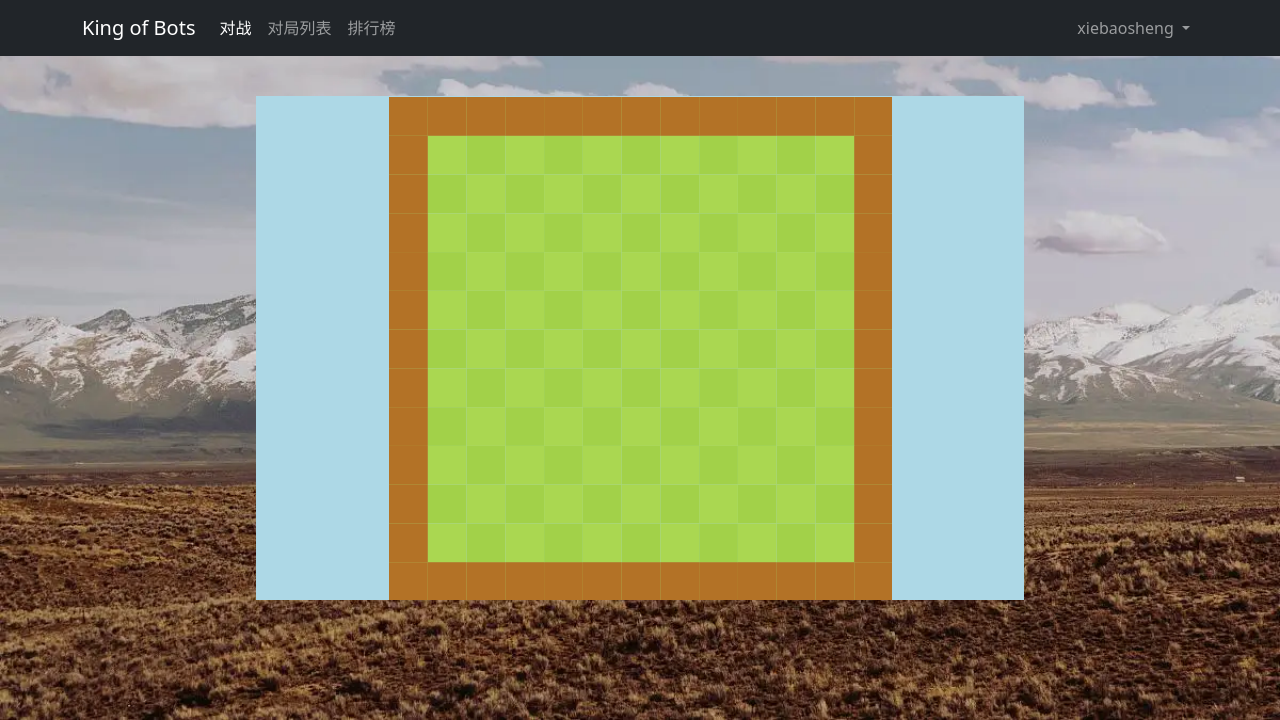
Repository: XieBaosheng/kob
Page: / (app in web/)
The author's editor kept a copy of each file at every save. The page is drawn from the files as they stood at one save, then again after the next save.
The browser window is 1280 px wide. The pictures show the whole page.
The project was rebuilt for these pictures with package versions that can differ from the ones it lists, and the page was loaded fresh each time. Also part of the build but not shown: web/vue.config.js, web/src/components/ContentField.vue, web/src/views/record/RecordIndexView.vue, web/src/views/ranklist/RanklistIndexView.vue, web/src/views/user/bot/UserBotIndexView.vue, web/src/views/error/NotFound.vue.

Above is the page before, as saved 2024-05-29 21:24:48.

### web/src/App.vue
<template>
  <NavBar />
  <router-view/>
</template>

<script>
import NavBar from './components/NavBar.vue';
import "bootstrap/dist/css/bootstrap.min.css"
import "bootstrap/dist/js/bootstrap"
export default {
  components: {
    NavBar
  }
}
</script>

<style>
body {
  background-image: url("@/assets/images/background.png");
  background-size: cover;
}
</style>

### web/src/router/index.js
import { createRouter, createWebHistory } from 'vue-router'
import PkIndexView from '../views/pk/PkIndexView'
import RecordIndexView from '../views/record/RecordIndexView'
import RanklistIndexView from '../views/ranklist/RanklistIndexView'
import UserBotIndexView from '../views/user/bot/UserBotIndexView'
import NotFound from '../views/error/NotFound'



const routes = [
  {
    path: "/",
    name: "home",
    redirect: "/pk/",
  },
  {
    path: '/pk/',
    name: 'pk_index',
    component: PkIndexView,
  },
  {
    path: '/record/',
    name: 'record_index',
    component: RecordIndexView,
  },
  {
    path: '/ranklist/',
    name: 'ranklist_index',
    component: RanklistIndexView,
  },
  {
    path: '/user/bot/',
    name: 'user_bot_index',
    component: UserBotIndexView,
  },
  {
    path: '/404/',
    name: '404',
    component: NotFound,
  },
  {
    path: '/:catchAll(.*)',
    redirect: '/404/',
  },
]

const router = createRouter({
  history: createWebHistory(),
  routes
})

export default router

### web/src/components/NavBar.vue
<template>
<nav class="navbar navbar-expand-lg navbar-dark bg-dark">
<div class="container">
    <router-link class="navbar-brand" :to="{name: 'home'}">King of Bots</router-link>
    <div class="collapse navbar-collapse" id="navbarText">
        <ul class="navbar-nav me-auto mb-2 mb-lg-0">
        <li class="nav-item">
            <router-link :class="route_name == 'pk_index' ? 'nav-link active' : 'nav-link'" :to="{name: 'pk_index'}">对战</router-link>
        </li>
        <li class="nav-item">
            <router-link :class="route_name == 'record_index' ? 'nav-link active': 'nav-link'" :to="{name: 'record_index'}">对局列表</router-link>
        </li>
        <li class="nav-item">
            <router-link :class="route_name == 'ranklist_index' ? 'nav-link active': 'nav-link'" :to="{name: 'ranklist_index'}">排行榜</router-link>
        </li>
        </ul>
        <ul class="navbar-nav">
            <li class="nav-item dropdown">
                <a class="nav-link dropdown-toggle" href="#" id="navbarDropdown" role="button" data-bs-toggle="dropdown" aria-expanded="false">
                xiebaosheng
                </a>
                <ul class="dropdown-menu" aria-labelledby="navbarDropdown">
                    <li>
                        <router-link class="dropdown-item" :to="{name: 'user_bot_index'}">我的Bot</router-link>
                    </li>
                    <li><hr class="dropdown-divider"></li>
                    <li><a class="dropdown-item" href="#">退出</a></li>
                </ul>
            </li>
        </ul>
    </div>
</div>
</nav>
</template>

<script>
import { useRoute } from 'vue-router'
import { computed } from 'vue'
export default {
    setup() {
        const route = useRoute();
        let route_name = computed(() => route.name)
        return {
            route_name
        }
    }
}
</script>

<style scoped>
</style>

### web/src/views/pk/PkIndexView.vue
<template>
<PlayGround/>
</template>

<script>
import PlayGround from '../../components/PlayGround'

export default {
    components: {
        PlayGround
    }
}
</script>

<style scoped>
</style>

### web/src/components/PlayGround.vue
<template>
<div class="playground">
    <GameMap />
</div>
</template>

<script>
import GameMap from './GameMap'

export default {
    components: {
        GameMap,
    }
}

</script>

<style scoped>
div.playground {
    width: 60vw;
    height: 70vh;
    margin: 40px auto;
    background: lightblue;
}
</style>

### web/src/components/GameMap.vue
<template>
    <div ref="parent" class="gamemap">
        <canvas ref="canvas"></canvas>
    </div>

</template>


<script>
import {GameMap} from "@/assets/scripts/GameMap"
import { ref, onMounted } from 'vue'
// 挂载完入口，执行操作

export default {
    setup() {
        let parent = ref(null);
        let canvas = ref(null);

        onMounted(() => {
            new GameMap(canvas.value.getContext('2d'), parent.value)
        });

        return {
            parent,
            canvas
        }

    }
}
</script>

<style scoped>
div.gamemap {
    width: 100%;
    height: 100%;
    display: flex;
    justify-content: center;
    align-items: center;
}
</style>

### web/src/assets/scripts/GameMap.js
import { AcGameObject } from "./AcGameObject";
import { Wall } from "./Wall";

export class GameMap extends AcGameObject {
    constructor(ctx, parent) {
        super();

        this.ctx = ctx;
        this.parent = parent;
        this.L = 0;

        this.rows = 13;
        this.cols = 13;

        this.walls = [];
    }

    create_walls() {
        // new Wall(2, 1, this);
        const g = [];
        for(let r = 0; r < this.rows; r++){
            g[r] = [];
            for(let c = 0; c < this.cols; c++){
                g[r][c] = false;
            }
        }

        // 给四周加障碍物
        for(let r = 0; r < this.rows; r++){
            g[r][0] = g[r][this.cols - 1] = true;
        }

        for(let c = 0; c < this.cols; c++){
            g[0][c] = g[this.rows - 1][c] = true;
        }

        for(let r = 0; r < this.rows; r++){
            for(let c = 0; c < this.cols; c++){
                if(g[r][c]){
                    this.walls.push(new Wall(r, c, this));
                }
            }
        }
    }

    start() {
        this.create_walls();
    }

    updata_size() {
        this.L = Math.min(this.parent.clientWidth / this.cols, this.parent.clientHeight / this.rows);
        this.ctx.canvas.width = this.L * this.cols;
        this.ctx.canvas.height = this.L * this.rows;
    }

    update() {
        this.updata_size();
        this.render();
    }

    render() {
        // this.ctx.fillStyle = 'green';
        // this.ctx.fillRect(0, 0, this.ctx.canvas.width, this.ctx.canvas.height);
        const color_even = "#AAD751", color_odd = "#A2D149";
        for(let r = 0; r < this.rows; r++){
            for(let c = 0; c < this.cols; c++){
                this.ctx.fillStyle = (r + c) % 2 == 0 ? color_even : color_odd;
                this.ctx.fillRect(c * this.L, r * this.L, this.L, this.L);
            }
        }
    }
}

### web/src/assets/scripts/AcGameObject.js
const AC_GAME_OBJECTS = [];

export class AcGameObject {
    constructor() {
        AC_GAME_OBJECTS.push(this);
        this.timedelta = 0;
        this.has_called_start = false;

    }

    start() {//只执行一次

    }
    update() {//每帧执行一次，除了第一帧之外

    }
    on_destory() {//销毁时执行

    }

    destory() {
        this.on_destory();

        for(let i in AC_GAME_OBJECTS){
            const obj = AC_GAME_OBJECTS[i];
            if(obj === this){
                AC_GAME_OBJECTS.splice(i);
                break;
            }
        }
    }

}

let last_timestamp;
const step = timestamp => {
    for(let obj of AC_GAME_OBJECTS){
        if(!obj.has_called_start){
            obj.has_called_start = true;
            obj.start();
        }else{
            obj.timedelta = timestamp - last_timestamp;
            obj.update();
        }
    }

    last_timestamp = timestamp;
    requestAnimationFrame(step);
}

requestAnimationFrame(step);

### web/src/assets/scripts/Wall.js
import { AcGameObject } from "./AcGameObject";

export class Wall extends AcGameObject {
    constructor(r, c, gamemap){
        super();

        this.r = r;
        this.c = c;
        this.gamemap = gamemap;
        this.color = "#B37226";
    }

    update(){
        this.render();
    }

    render(){
        const L = this.gamemap.L;
        const ctx = this.gamemap.ctx;

        ctx.fillStyle = this.color;
        ctx.fillRect(this.c * L, this.r * L, L, L);
    }
}

Loaded but not shown: web/public/index.html (common file); web/src/main.js (common file); web/src/store/index.js (common file)

After the next save:
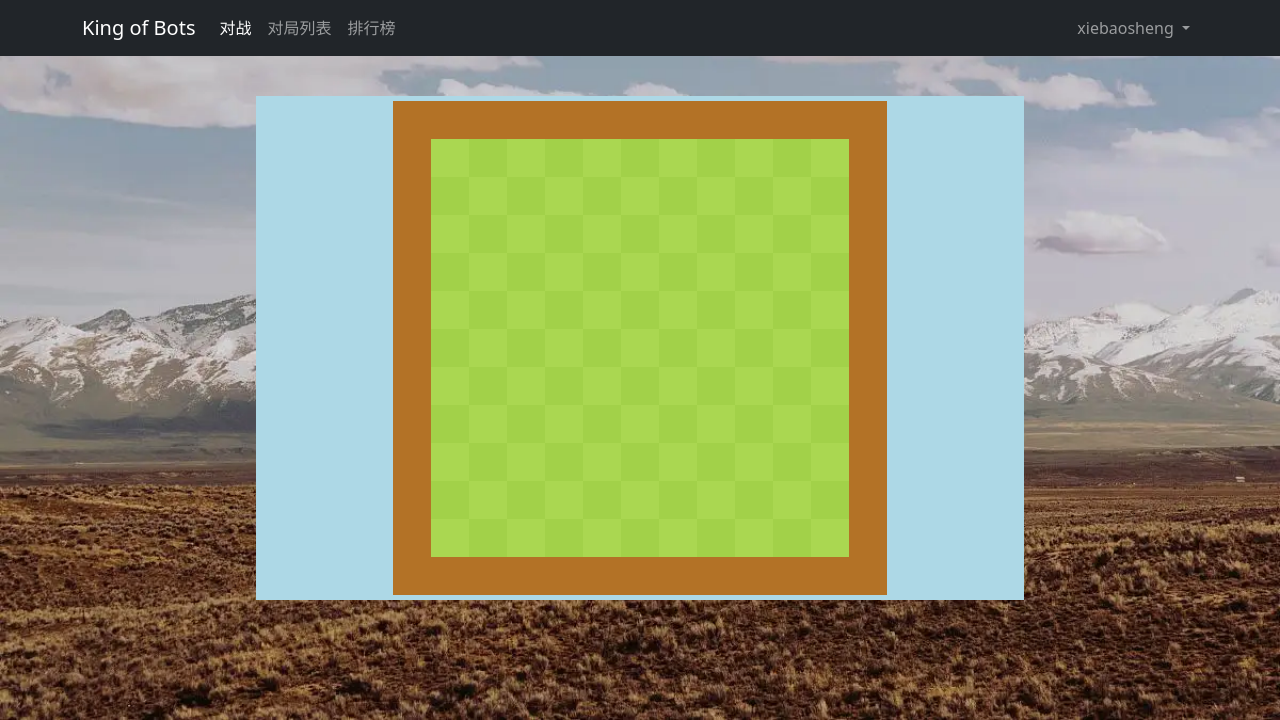
Saved 5 min 3 s later.
--- a/web/src/assets/scripts/GameMap.js
+++ b/web/src/assets/scripts/GameMap.js
@@ -48,7 +48,7 @@ export class GameMap extends AcGameObject {
     }
 
     updata_size() {
-        this.L = Math.min(this.parent.clientWidth / this.cols, this.parent.clientHeight / this.rows);
+        this.L = parseInt(Math.min(this.parent.clientWidth / this.cols, this.parent.clientHeight / this.rows));
         this.ctx.canvas.width = this.L * this.cols;
         this.ctx.canvas.height = this.L * this.rows;
     }
